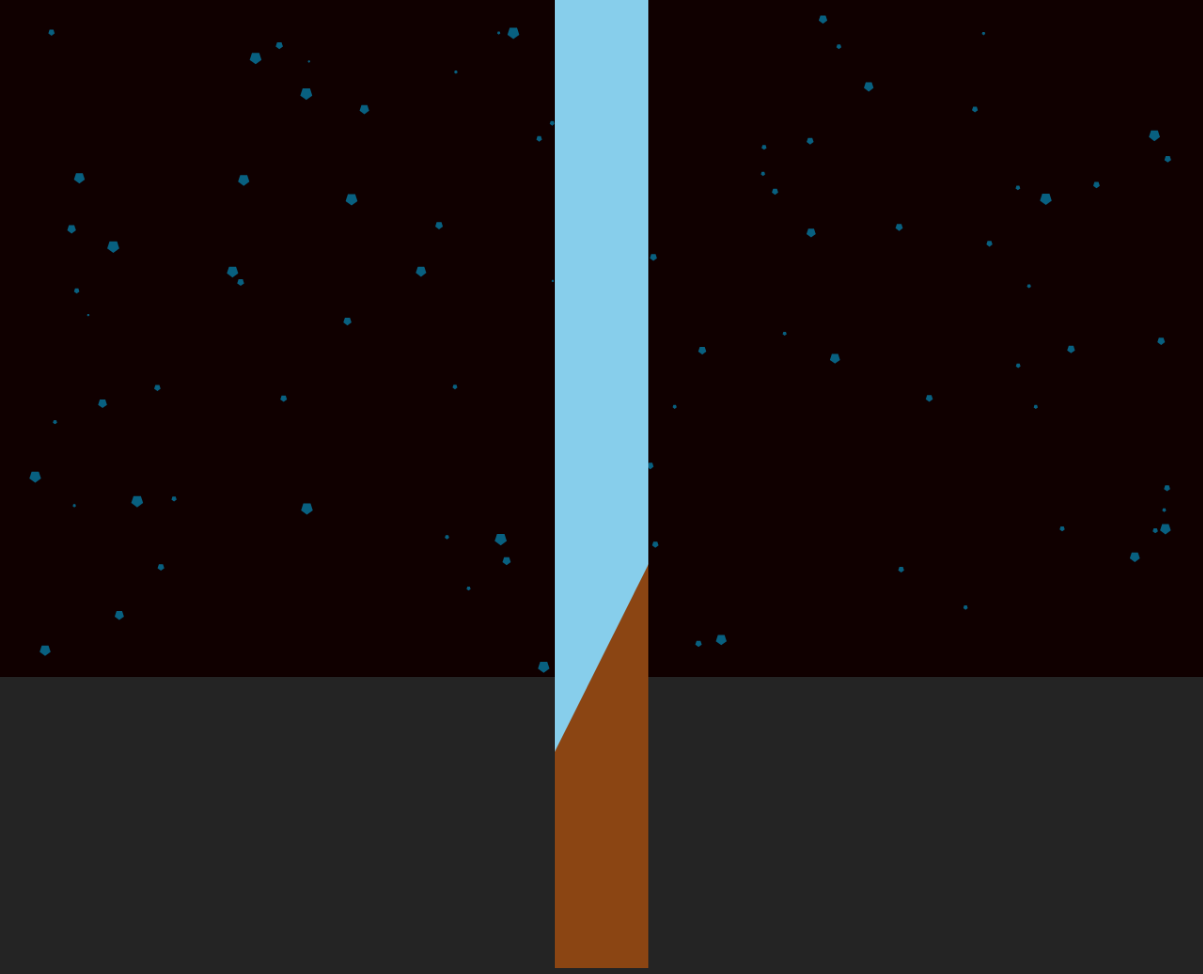
Repository: TMuse333/quantumDesigns
Page: /
An editor plug-in stored every save of this project. The page is shown before and after the next save, followed by the edit.
The browser window is 1280 px wide. The pictures show the whole page, at 94% of full size.
The project was rebuilt for these pictures with package versions that can differ from the ones it lists, and the page was loaded fresh each time. Also part of the build but not shown: vite.config.js, src/styles/navbar.css, src/components/navbar.jsx, src/styles/work.css, src/components/skillDesc.js, src/components/work.jsx, src/styles/testimonial.css, src/components/testimonials.jsx and 33 more. Imported but missing from the stored project, and not drawn on this page: src/images/best_dunk.mp4.

Above is the page before, as saved 2024-01-26 11:03:58.

### index.html
<!doctype html>
<html lang="en">
  <head>
    <meta charset="UTF-8" />
    <link rel="icon" type="image/svg+xml" href="/vite.svg" />
    <link rel="preconnect" href="https://fonts.googleapis.com">
<link rel="preconnect" href="https://fonts.gstatic.com" crossorigin>
<link href="https://fonts.googleapis.com/css2?family=Noto+Sans+Linear+A&display=swap" rel="stylesheet" integrity="your-integrity-value" crossorigin="anonymous">

<link rel="preconnect" href="https://fonts.googleapis.com">
<link rel="preconnect" href="https://fonts.gstatic.com" crossorigin>
<link href="https://fonts.googleapis.com/css2?family=Noto+Sans+Linear+A&family=Open+Sans:ital@1&display=swap" rel="stylesheet">
<link rel="stylesheet" href="https://fonts.googleapis.com/css2?family=Roboto:wght@400;700&display=swap">


    <meta name="viewport" content="width=device-width, initial-scale=1.0" />
    <title>Vite + React</title>
  </head>
  <body>
    <div id="root"></div>
    <script type="module" src="/src/main.jsx"></script>
  </body>
</html>

### src/main.jsx
import './index.css'
import * as React from 'react';
import { StrictMode } from 'react';
import { createRoot } from 'react-dom/client';
import { BrowserRouter } from 'react-router-dom';

import App from './App';

const rootElement = document.getElementById('root');
const root = createRoot(rootElement);

root.render(
  <StrictMode>
    <BrowserRouter>
      <App />
    </BrowserRouter>
  </StrictMode>
);

### src/index.css
:root {
  font-family: Inter, system-ui, Avenir, Helvetica, Arial, sans-serif;
  line-height: 1.5;
  font-weight: 400;

  color-scheme: light dark;
  color: rgba(255, 255, 255, 0.87);
  background-color: #242424;

  font-synthesis: none;
  text-rendering: optimizeLegibility;
  -webkit-font-smoothing: antialiased;
  -moz-osx-font-smoothing: grayscale;
}



html{
  overflow-x: hidden;
}

a {
  font-weight: 500;
color:white;
  text-decoration: inherit;
}
a:hover {

}

body {
  margin: 0;
  padding:0;
  display: flex;
  place-items: center;

  overflow-x: hidden;
}

h1 {
  font-size: 3.2em;
  line-height: 1.1;
}

button {
  border-radius: 8px;
  border: 1px solid transparent;
  padding: 0.6em 1.2em;
  font-size: 1em;
  font-weight: 500;
  font-family: inherit;
  background-color: #1a1a1a;
  cursor: pointer;
  transition: border-color 0.25s;
}
button:hover {

}
button:focus,
button:focus-visible {
  outline: 4px auto -webkit-focus-ring-color;
}

### src/App.jsx
import { useState } from 'react'
import { Link } from 'react-router-dom'



import './App.css'
import Navbar from './components/navbar'
import Layout from './components/layout'
import Testimonials from "./components/testimonials";
import {
  BrowserRouter as Router,

  Route, Routes

} from "react-router-dom";

import Booking from './components/booking'

import Portfolio from './components/portfolio'
import Overview from './components/overview'
import Services from './components/services'
import ServiceOverview from './components/serviceOverview'
import ParallaxLayout from './components/paralax'
import Layout2 from './components/layout2'
import Tenets from './components/tenets'
import Infographic from './components/infographic'
import Layout3 from './components/layout3'
function App() {
  const [count, setCount] = useState(0)



  return (
    <>

    <Routes>

      <Route path='/'
      // element={<Layout/>}
      element={<Layout3/>}

      />

      <Route path='tenets'

      element={<ParallaxLayout/>}
      >

      </Route>

      <Route path='booking' element={<Booking/>}>

      </Route>

      <Route path='about'
      element={<Overview/>}
      // element={<About/>}
      >

      </Route>

      <Route path='portfolio'
       element={<Portfolio/>}></Route>

       <Route path='react'
      //  element={<ServiceOverview/>}
      element={<Infographic/>}
       >

       </Route>


    </Routes>




     </>
  )
}

export default App

### src/App.css
#root {
  max-width: 1280px;
  margin: 0 auto;

  text-align: center;
}

:root{
  /* --primary-color:rgb(5, 23, 111); */
  --tag-color:rgb(10, 9, 17);
  --primary-color:rgb(13, 18, 22);
}

.sphere{
width:min-content;

z-index: 1;
position: relative;
margin-left: auto;
margin-right: auto;

}





@keyframes fallAnimation {
  0% {
    background-position: 0% 0%;
  }

  /* 50%{
    background-position: 0% 50%;
  } */

  100% {
    background-position: 0% 100%;
  }
}

#particles{
  z-index: -1 !important;

 }

 .layout3{
  width:100vw;
  position: absolute;
  left:0;
  overflow-x: hidden;
 }



.laut{
  width:100vw;

  /* height:100vh; */
  /* height:2000px; */

  position: absolute;
  left:0;
  /* top:0; */
/* background-image: url(src/images/quantum-realm.png); */
/* background-size: cover; */
  /* overflow-x: hidden; */
  padding: 0;
z-index: 13;
/* margin-top: -1rem; */





}

.gif-nation img{
  position: relative;
  z-index: 2;
  height:110vh;
  display: none;
}



@keyframes floatAnimation {
  0% {
    transform: translateY(0);
  }
  50% {
    transform: translateY(-5px);
  }
  100% {
    transform: translateY(0);
  }
}





@keyframes moveBackground {
  0% {
    background-position: 0% 0%;
  }

  50%{
    background-position: 50% 0%;
  }

  100% {
    background-position: 0% 0%;
  }
}



.parallax-layout{
  width:100vw;
  text-align: center;
margin-right: auto;
margin-left: auto;

background-image: url(src/images/sandy-bg.png);

  /* overflow: hidden; */
}

.before-title-text{
 font-weight: bold;
 margin-bottom: -0.5rem;
}

.bold-700{
  font-weight: 700;
}

.title-text{
  /* width:100vw; */
  /* font-weight: 350; */
  font-size: 2.1rem;
  margin-bottom: 1rem;
  font-family: 'spartan',sans-serif;
  color:#cfd0d0;

}

.description-text{
  padding: 0 15px 0 15px;
    font-family: 'Palatino Sans', 'Palatino Sans Informal', 'Palatino Sans Text', 'Palatino Sans W1G', 'Palatino Sans W01', sans-serif;
font-weight: 500;
font-size: 20px;
color:#cfd0d0

}

.button {
  display: inline-block;
  padding: 12px 24px;
  font-size: 16px;
  font-weight: bold;
  text-align: center;
  text-decoration: none;
  cursor: pointer;
  border: 2px solid #00bfff; /* Quantum blue color */
  color: #00bfff;
  background-color: transparent;
  border-radius: 8px;
  transition: background-color 0.3s ease, color 0.3s ease;
  width:max-content;
  margin-left: auto;
  margin-right: auto;
  margin-bottom: 3rem;
}

.button:hover {
  background-color: #00bfff; /* Quantum blue color on hover */
  color: #FFF; /* White text on hover */
}

.image-text-box {

  width:100vw;
}

.homepage-img{
  width:300px;
}

@media screen and (min-width:655px){
  /* .layout{
    height:100vh;
  } */
}

@media screen and (min-width: 865px)  {
  .image-text-box{
   margin-left: auto;
   margin-right: auto;
          display: grid;
          /* background-color: #00bfff; */
          width:90vw;
          max-width: 900px;
          grid-template-columns: 1fr 1fr; /* Two columns with equal width */
      gap:3rem;





  }



  .image-text-box img{


  }

  .homepage-img{
    width:50vw;
    max-width: 570px;
  }

  .image-text-box p{
    width:40vw;
    max-width: 350px;
    display: block;
    margin-block-start: 0em;
    margin-block-end: 1em;
    margin-inline-start: -1em;
    margin-inline-end: 0px;
    /* width:100%; */


  }

  .title-text{
    font-size: 2rem;
  }
}

### src/components/layout3.jsx
import React from "react";
import Content from "./content";
import ParticlesComponent from "./particles";
import { content1 } from "../componentData/data";
import { content2 } from "../componentData/data";
import Hero3 from "./herobanner3";
import MountainCanvas from "./mountain";

const Layout3 = () => {


    return (
        <>
        <ParticlesComponent/>
        <div className="layout3">
            <MountainCanvas/>
            {/* <Hero3/> */}
            {/* <Content
            {...content1}/> */}
        </div>
        </>
    )
}


export default Layout3

### src/components/particles.jsx
import { useEffect, useMemo, useState } from "react";
import Particles, { initParticlesEngine } from "@tsparticles/react";
import { loadSlim } from "@tsparticles/slim";

const ParticlesComponent = () => {
  const [init, setInit] = useState(false);

  useEffect(() => {
    initParticlesEngine(async (engine) => {
      await loadSlim(engine);
    }).then(() => {
      setInit(true);
    });
  }, []);

  const particlesLoaded = (container) => {
    console.log(container);
  };

  const options = useMemo(
    () => ({

      fullScreen:{
        enable:true,
        // width:'300px'

      },




      background: {
        color: {
          value: "#100000",
        },

      },
      fpsLimit: 120,
      interactivity: {
        events: {
          onClick: {
            enable: true,
            mode: "push",
          },
          onHover: {
            enable: true,
            mode: "grab",
          },
        },
        modes: {
          push: {
            quantity: 4,
          },
          repulse: {
            distance: 15,
            duration: 0.4,
          },
        },
      },
      particles: {
        color: {
          value: "#00bfff",
        },
        links: {
          color: "#ffffff",
          distance: 150,
          enable: false,
          opacity: 0.5,
          width: 1,
        },
        move: {
          direction: "random",
          enable: true,
          outModes: {
            default: "bounce",
          },
          random: false,
          speed: 0.1,
          straight: false,
          attract: {
            enable: true,
            rotateX: 600,
            rotateY: 1200,
          },
          trails:true,
        },
        number: {
          density: {
            enable: true,
          },
          value: 200,
        },
        opacity: {
          value: 0.5,
        },
        shape: {
          type: "polygon",
        },
        size: {
          value: { min: 1, max: 5 },
        },
      },
      detectRetina: false,
    }),
    []
  );

  if (init) {
    return (
      <>


      <Particles
        id="particles"
        particlesLoaded={particlesLoaded}
        options={options}
        style={{

      }}
      />
        </>
    );
  }

  return <></>;
};

export default ParticlesComponent;

### src/components/mountain.jsx
import React, { useEffect, useRef } from 'react';

const MountainCanvas = () => {
  const canvasRef = useRef(null);

  useEffect(() => {
    const canvas = canvasRef.current;
    const ctx = canvas.getContext('2d');

    // Draw the sky
    ctx.fillStyle = '#87CEEB'; // Sky Blue
    ctx.fillRect(0, 0, canvas.width, canvas.height);

    // Draw the mountain
    ctx.fillStyle = '#8B4513'; // Saddle Brown
    ctx.beginPath();
    ctx.moveTo(0, canvas.height);
    ctx.lineTo(0, 800); // Adjusted mountain height to 800
    ctx.lineTo(150, 500);
    ctx.lineTo(300, 800);
    ctx.lineTo(canvas.width, 800);
    ctx.lineTo(canvas.width, canvas.height);
    ctx.closePath();
    ctx.fill();

    // You can add more details, like snow on the mountain or other elements

  }, []);

  return <canvas ref={canvasRef} height={1030}
  width={100} />;
};

export default MountainCanvas;

Loaded but not shown: src/componentData/data.js (344 lines, source omitted)

After the next save:
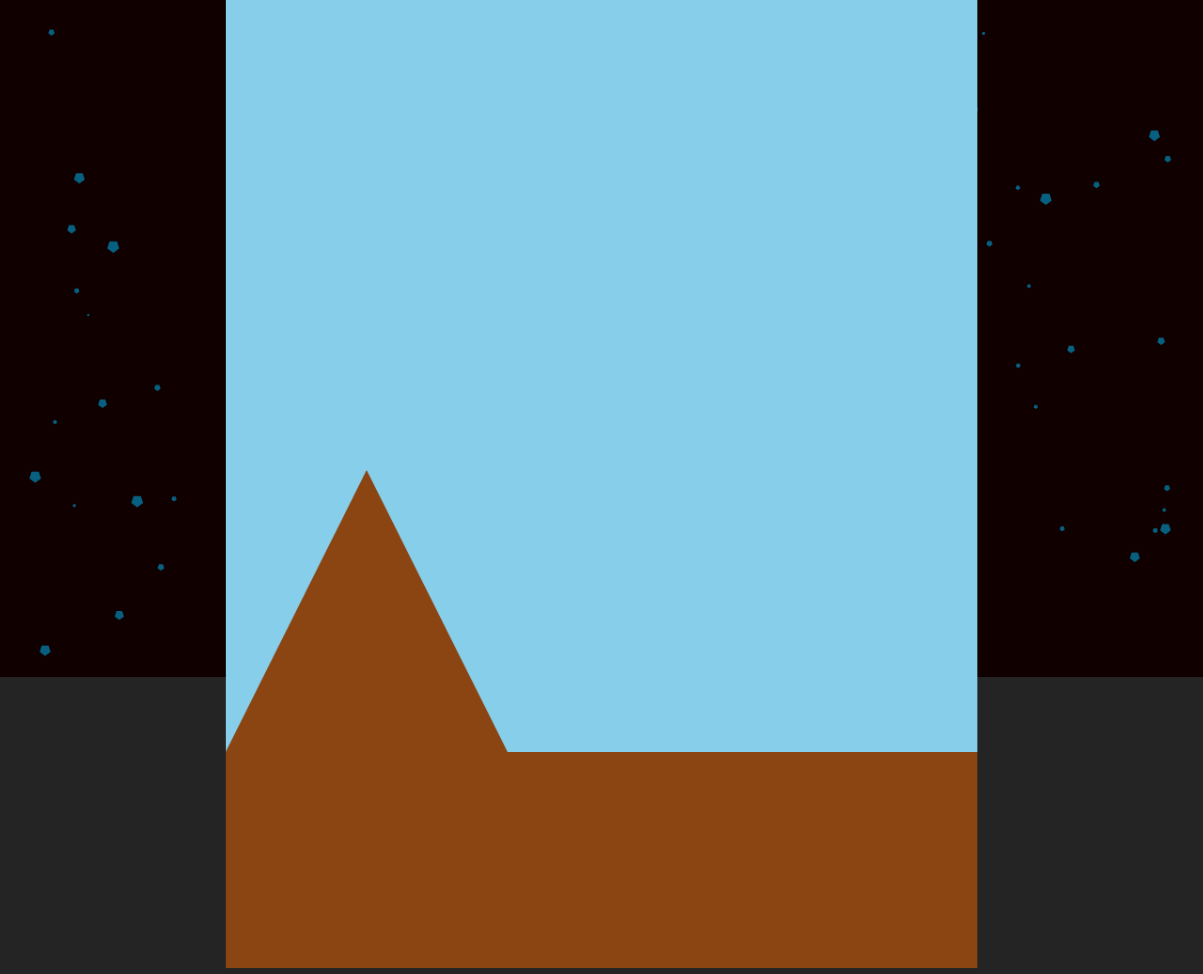
Saved 6 s later.
--- a/src/components/mountain.jsx
+++ b/src/components/mountain.jsx
@@ -28,7 +28,7 @@
   }, []);
 
   return <canvas ref={canvasRef} height={1030}
-  width={100} />;
+  width={800} />;
 };
 
 export default MountainCanvas;

After the save that followed:
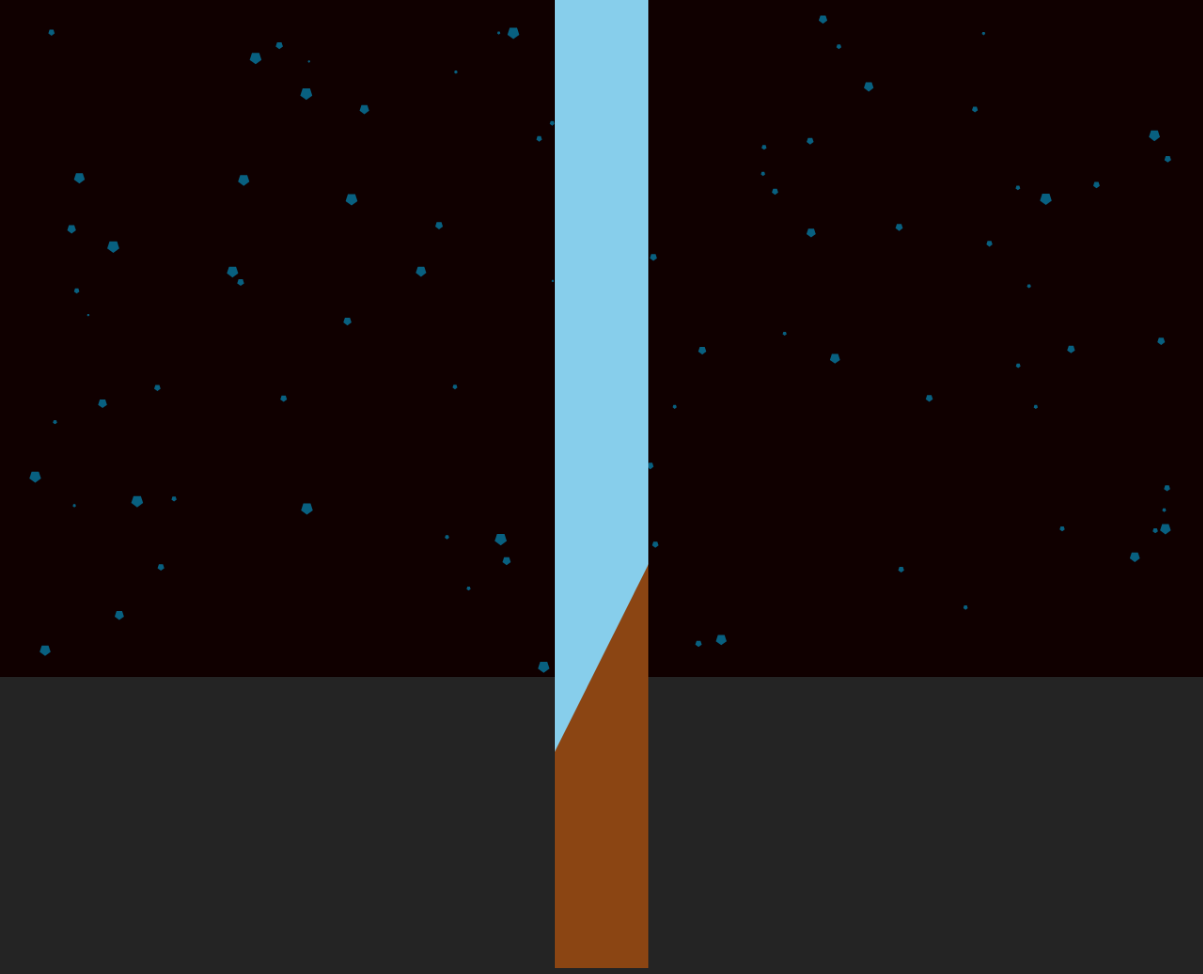
Saved 5 s later.
--- a/src/components/mountain.jsx
+++ b/src/components/mountain.jsx
@@ -28,7 +28,7 @@
   }, []);
 
   return <canvas ref={canvasRef} height={1030}
-  width={800} />;
+  width={'100vw'} />;
 };
 
 export default MountainCanvas;
